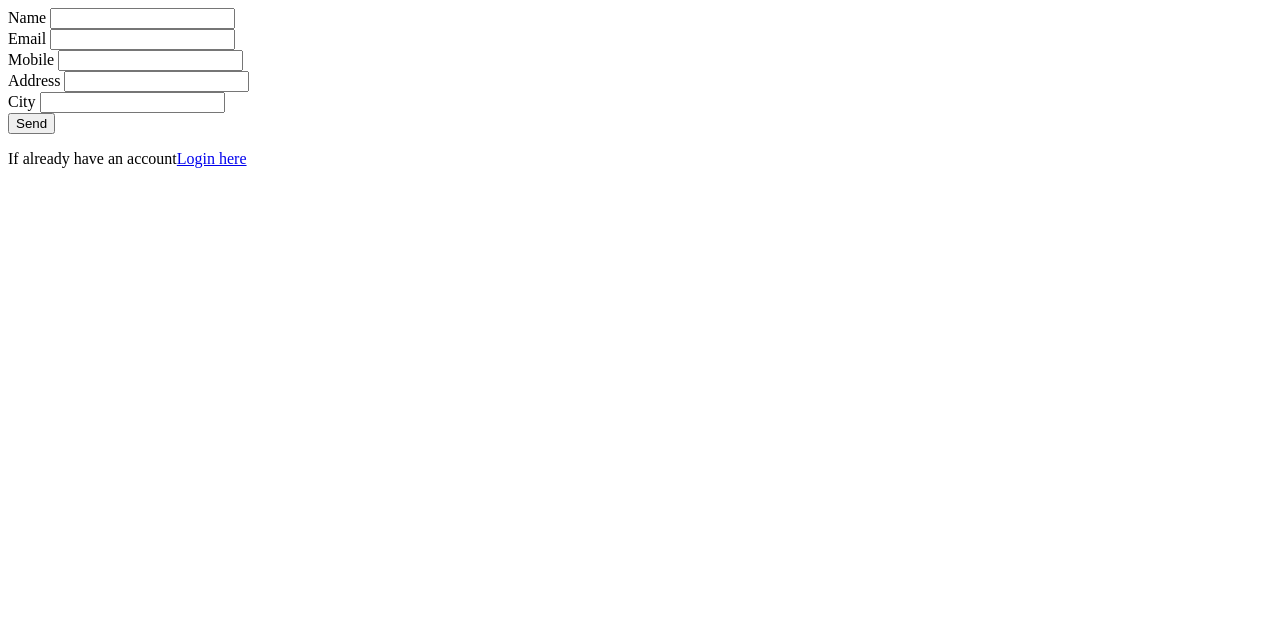
Repository: NagepalliHaasan21/MyProjects
Page: eclipse-workspace/com.SecondJEEPrgm/src/main/webapp/index.html
These files come from the project's save history. The page is drawn as it stood at one moment and after the next save; the edit follows.
The browser window is 1280 px wide. The pictures show the whole page.

Above is the page before, as saved 2024-11-28 12:56:09.

### eclipse-workspace/com.SecondJEEPrgm/src/main/webapp/index.html
<!DOCTYPE html>
<html>
<head>
<meta charset="ISO-8859-1">
<title>Insert title here</title>
</head>
<body>
	<form action="SecondServlet">
		Name <input type="text" name="username"><br>
		Email <input type="text" name="email"><br>
		Mobile <input type="text" name="mobile"><br>
		Address <input type="text" name="address"><br>
		City <input type="text" name="city"><br>
		<input type="submit" value="Send">
	</form>

	<p>If already have an account<a href="login.html">Login here</a></p>
</body>
</html>

After the next save:
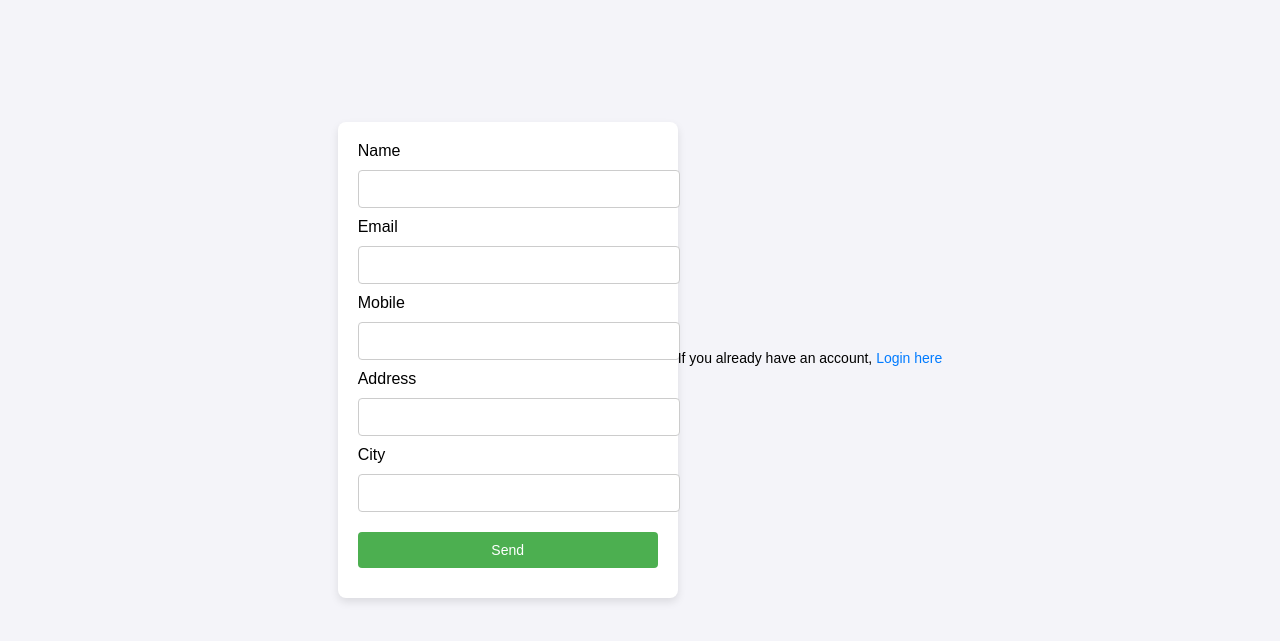
Saved 17 min 2 s later.
--- a/eclipse-workspace/com.SecondJEEPrgm/src/main/webapp/index.html
+++ b/eclipse-workspace/com.SecondJEEPrgm/src/main/webapp/index.html
@@ -2,18 +2,84 @@
 <html>
 <head>
 <meta charset="ISO-8859-1">
-<title>Insert title here</title>
+<title>Form Styling</title>
+<style>
+    body {
+        font-family: Arial, sans-serif;
+        background-color: #f4f4f9;
+        margin: 0;
+        padding: 0;
+        display: flex;
+        justify-content: center;
+        align-items: center;
+        height: 100vh;
+    }
+
+    form {
+        background-color: #ffffff;
+        padding: 20px;
+        border-radius: 8px;
+        box-shadow: 0 4px 8px rgba(0, 0, 0, 0.1);
+        width: 300px;
+    }
+
+    form input[type="text"],
+    form input[type="submit"] {
+        width: 100%;
+        padding: 10px;
+        margin: 10px 0;
+        border: 1px solid #ccc;
+        border-radius: 4px;
+        font-size: 14px;
+    }
+
+    form input[type="submit"] {
+        background-color: #4CAF50;
+        color: white;
+        border: none;
+        cursor: pointer;
+    }
+
+    form input[type="submit"]:hover {
+        background-color: #45a049;
+    }
+
+    p {
+        text-align: center;
+        margin-top: 10px;
+        font-size: 14px;
+    }
+
+    p a {
+        color: #007BFF;
+        text-decoration: none;
+    }
+
+    p a:hover {
+        text-decoration: underline;
+    }
+</style>
 </head>
 <body>
-	<form action="SecondServlet">
-		Name <input type="text" name="username"><br>
-		Email <input type="text" name="email"><br>
-		Mobile <input type="text" name="mobile"><br>
-		Address <input type="text" name="address"><br>
-		City <input type="text" name="city"><br>
-		<input type="submit" value="Send">
-	</form>
+    <form action="SecondServlet">
+        <label for="username">Name</label>
+        <input type="text" id="username" name="username">
 
-	<p>If already have an account<a href="login.html">Login here</a></p>
+        <label for="email">Email</label>
+        <input type="text" id="email" name="email">
+
+        <label for="mobile">Mobile</label>
+        <input type="text" id="mobile" name="mobile">
+
+        <label for="address">Address</label>
+        <input type="text" id="address" name="address">
+
+        <label for="city">City</label>
+        <input type="text" id="city" name="city">
+
+        <input type="submit" value="Send">
+    </form>
+
+    <p>If you already have an account, <a href="login.html">Login here</a></p>
 </body>
 </html>
